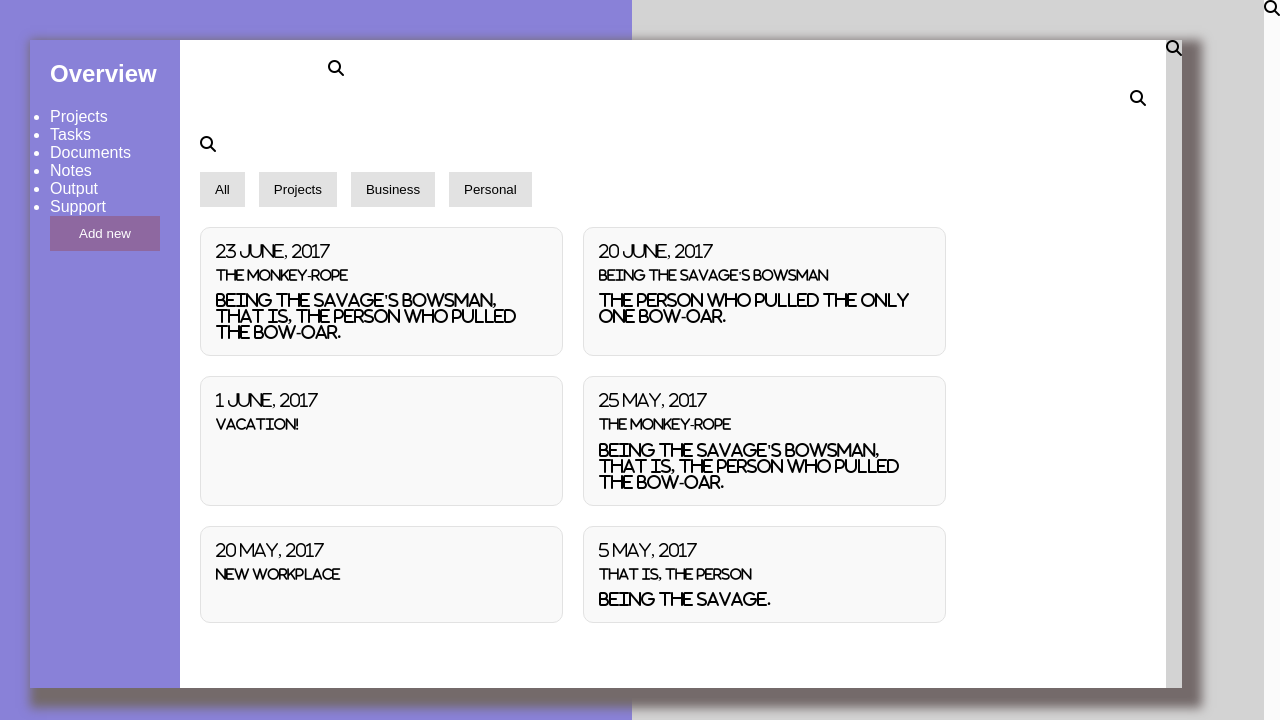
Repository: SatenikGabrielyan/HTML_CSS-_Assignment
Page: index.html
An editor plug-in stored every save of this project. The page is shown before and after the next save, followed by the edit.
The browser window is 1280 px wide. The pictures show the whole page.
Some web libraries are served in a nearby version.

Above is the page before, as saved 2025-03-17 20:35:19.

### index.html
<!DOCTYPE html>
<html lang="en">
  <head>
    <meta charset="UTF-8" />
    <meta name="viewport" content="width=device-width, initial-scale=1.0" />
    <title>Notes App</title>
    <link rel="stylesheet" href="./style.css" />
    <!-- Include Font Awesome for icons -->
    <!-- <link href="https://cdnjs.cloudflare.com/ajax/libs/font-awesome/6.0.0-beta3/css/all.min.css" rel="stylesheet"/> -->
    <script src="https://kit.fontawesome.com/858d305f19.js" crossorigin="anonymous"></script>
</head>
  <body>

      <div class="cont">
          <div class="purp"></div>
          <div class="whit"></div>
      </div>
    <div class="container">
<!--
      <nav class="sidebar">
        <div class="sidebar-header">
          <h2>Notes</h2>
        </div>
        <ul class="sidebar-list">
          <li><i class="fas fa-home"></i> Home</li>
          <li><i class="fas fa-search"></i> Search</li>
          <li><i class="fas fa-bell"></i> Notifications</li>
        </ul>
      </nav>

      <main class="main-content">
        <header>
          <div class="header-left">
            <p>Hello, Peter!</p>
          </div>
          <div class="header-right">
            <i class="fas fa-bell"></i>
            <button class="add-note-btn">
              <i class="fas fa-plus"></i> Add New Note
            </button>
          </div>
        </header>
        <section class="notes-grid">

          <div class="note-item image-note">
            <img src="https://via.placeholder.com/150" alt="Note Image" />
          </div>

          <div class="note-item text-note">
            <p>Sample text note content...</p>
          </div>

          <div class="note-item mixed-note">
            <img src="https://via.placeholder.com/150" alt="Note Image" />
            <p>Sample mixed note content...</p>
          </div>
        </section>
      </main> -->
      <aside class="sidebar">
        <header>
            <h2>Overview</h2>
        </header>
        <nav>
            <ul>
                <li>Projects</li>
                <li>Tasks</li>
                <li>Documents</li>
                <li>Notes</li>
                <li>Output</li>
                <li>Support</li>
            </ul>
        </nav>
        <button class="add-new">Add new</button>
    </aside>

    <main class="main-content">
       <div class="header">
        <ul class="sidebar-list">
            <li class="about"><a href="#search"><i class="fas fa-search"> Search</a></li>
            <li class="about" style="float:right"><a class="active" href="#about">Hello, Peter!</a></li>
            </ul>
            <!-- <input type="text" placeholder="Search"><i class="fas fa-search"></i>
            <h3>Hello, Peter!</h3> -->
    </div>
         <!-- <nav class="sidebar">
             <div class="sidebar-header">
              <h2>Notes</h2>
            </div>
            <ul class="sidebar-list">
            <li class="about"><a href="#search"><i class="fas fa-search"> Search</a></li>
            <li class="about" style="float:right"><a class="active" href="#about">Hello, Peter!</a></li>
            </ul>
          </nav>  -->

        <div class="tabs">
            <button>All</button>
            <button>Projects</button>
            <button>Business</button>
            <button>Personal</button>
        </div>
        <div class="notes-grid">
            <div class="note-card">
                <h4>23 June, 2017</h4>
                <h5>The monkey-rope</h5>
                <p>Being the savage's bowsman, that is, the person who pulled the bow-oar.</p>
            </div>
            <div class="note-card">
                <h4>20 June, 2017</h4>
                <h5>Being the savage's bowsman</h5>
                <p>The person who pulled the only one bow-oar.</p>
            </div>
            <div class="note-card">
                <h4>1 June, 2017</h4>
                <h5>Vacation!</h5>
            </div>
            <div class="note-card">
                <h4>25 May, 2017</h4>
                <h5>The monkey-rope</h5>
                <p>Being the savage's bowsman, that is, the person who pulled the bow-oar.</p>
            </div>
            <div class="note-card">
                <h4>20 May, 2017</h4>
                <h5>New workplace</h5>
            </div>
            <div class="note-card">
                <h4>5 May, 2017</h4>
                <h5>That is, the person</h5>
                <p>Being the savage.</p>
            </div>
        </div>
    </main>
    </div>

  </body>
</html>

### style.css
/* CSS Variables for Colors */
:root {
    --bg-color: #fbfbfb;
    --primary-color: #8981d8;
    --secondary-color: #d0d0d0;
    --text-color: #858499;
    --highlight-color: #7f77cc;
    --hover-color: rgba(137, 129, 216, 0.5);
  }


  * {
    margin: 0;
    padding: 0;
    box-sizing: border-box;
  }

  body {
    font-family: Arial, sans-serif;
    background-color: var(--bg-color);
    display: flex;
    height: 100vh;
  }
  .wrapper{
    position: relative;
  }
  .cont{
      display: flex;
      width: 100%;
      position: relative;
      z-index: -1;
      border-radius: 10px;
  }
.purp {
    width: 50%;
    background-color: var(--primary-color);
    flex-direction: row;
}
.whit {
    width: 50%;
    background-color: lightgray;
    flex-direction: row;
}
  .container {
    display: flex;
    width: 90%;
    height: 90%;

    box-shadow: 10px 10px 10px 10px rgb(116, 106, 106);
    margin-left: 30px;
    margin-right: 30px;
    margin-top: 40px;
    margin-bottom: 80px;
    background: center;
    position: absolute;
    z-index: 2;
  }

   .sidebar {
    width: 150px;
    background-color: var(--primary-color);
    color: #fff;
    display: flex;
    flex-direction: column;
    padding: 20px;
  }

  .main-content li {
    float: left;
  }

  .main-content li a {
    display: block;
    color: white;
    text-align: center;
    padding: 14px 16px;
    text-decoration: none;
  }

  .main-content li a:hover:not(.active) {
    background-color: #111;
  }

  .sidebar-header h2 {
    margin-bottom: 20px;
  }

  .sidebar-list {
    list-style: none;
  }

  .sidebar-list li {
    margin: 15px 0;
    display: flex;
    align-items: center;
    cursor: pointer;
  }

  .sidebar-list li i {
    margin-right: 10px;
  }

  .main-content {
    background-color: white;
    width: 200px;
    flex-grow: 1;
    padding: 20px;
    overflow-y: auto;
  }

   header {
    display: flex;
    justify-content: space-between;
    align-items: center;
    margin-bottom: 20px;
  }
  /*
  .header-left p {
    font-size: 1.2em;
    color: var(--text-color);
  }

  .header-right {
    display: flex;
    align-items: center;
  }

  .header-right i {
    margin-right: 20px;
    cursor: pointer;
  }

  .add-note-btn {
    background-color: var(--primary-color);
    color: #fff;
    border: none;
    padding: 10px 20px;
    cursor: pointer;
    display: flex;
    align-items: center;
  }

  .add-note-btn i {
    margin-right: 10px;
  }


  .notes-grid {
    display: grid;
    grid-template-columns: repeat(auto-fill, minmax(300px, 1fr));
    gap: 20px;
  }

  .note-item {
    background-color: #fff;
    border-radius: 8px;
    box-shadow: 0 2px 4px rgba(0, 0, 0, 0.1);
    overflow: hidden;
    display: flex;
    flex-direction: column;
    padding: 20px;
  }

  .note-item img {
    width: 100%;
    height: auto;
    border-radius: 8px;
    margin-bottom: 15px;
  }

  .note-item p {
    color: var(--text-color);
    font-size: 1em;
    line-height: 1.5;
  }


  .sidebar-list li:hover {
    background-color: var(--highlight-color);
    transition: background-color 0.3s ease;
  }


  @media (max-width: 768px) {
    .container {
      flex-direction: column;
    }

    .sidebar {
      width: 100%;
      flex-direction: row;
      justify-content: space-around;
      padding: 10px;
    }

    .sidebar-list {
      display: flex;
      flex-direction: row;
      gap: 15px;
    }

    .sidebar-list li {
      margin: 0;
    }

    .main-content {
      padding: 10px;
    }

    header {
      flex-direction: column;
      align-items: flex-start;
    }

    .header-right {
      margin-top: 10px;
    }

    .notes-grid {
      grid-template-columns: 1fr;
    }

    .note-item {
      padding: 10px;
    }

    .note-item img {
      margin-bottom: 10px;
    }
  } */
  /* .sidebar {
    background-color: #5e4b9a;
    color: white;
    width: 300px;
    padding: 20px;
} */

/* .sidebar header {
    font-size: 24px;
}

.sidebar nav ul {
    list-style: none;
    padding: 0;
}

.sidebar nav ul li {
    margin: 15px 0;
} */

.add-new {
    background-color: #8e68a0;
    color: white;
    border: none;
    padding: 10px;
    cursor: pointer;
}

.main-content {
    flex: 1;
    padding: 20px;
    background-color: white;
}

.header {
    display: flex;
    justify-content: space-between;
    align-items: center;
}

.header input {
    padding: 10px;
    width: 70%;
}

.header h3 {
    margin: 0;
}

.tabs {
    margin: 20px 0;
}

.tabs button {
    margin-right: 10px;
    padding: 10px 15px;
    border: none;
    background-color: #e2e2e2;
    cursor: pointer;
}

.notes-grid {
    display: grid;
    grid-template-columns: repeat(auto-fill, minmax(240px, 1fr));
    gap: 20px;
}

.note-card {
    border: 1px solid #e2e2e2;
    border-radius: 10px;
    padding: 15px;
    background-color: #f9f9f9;
}

.note-card h4 {
    margin: 0;
    font-weight: normal;
}

.note-card h5 {
    margin: 10px 0;
}

After the next save:
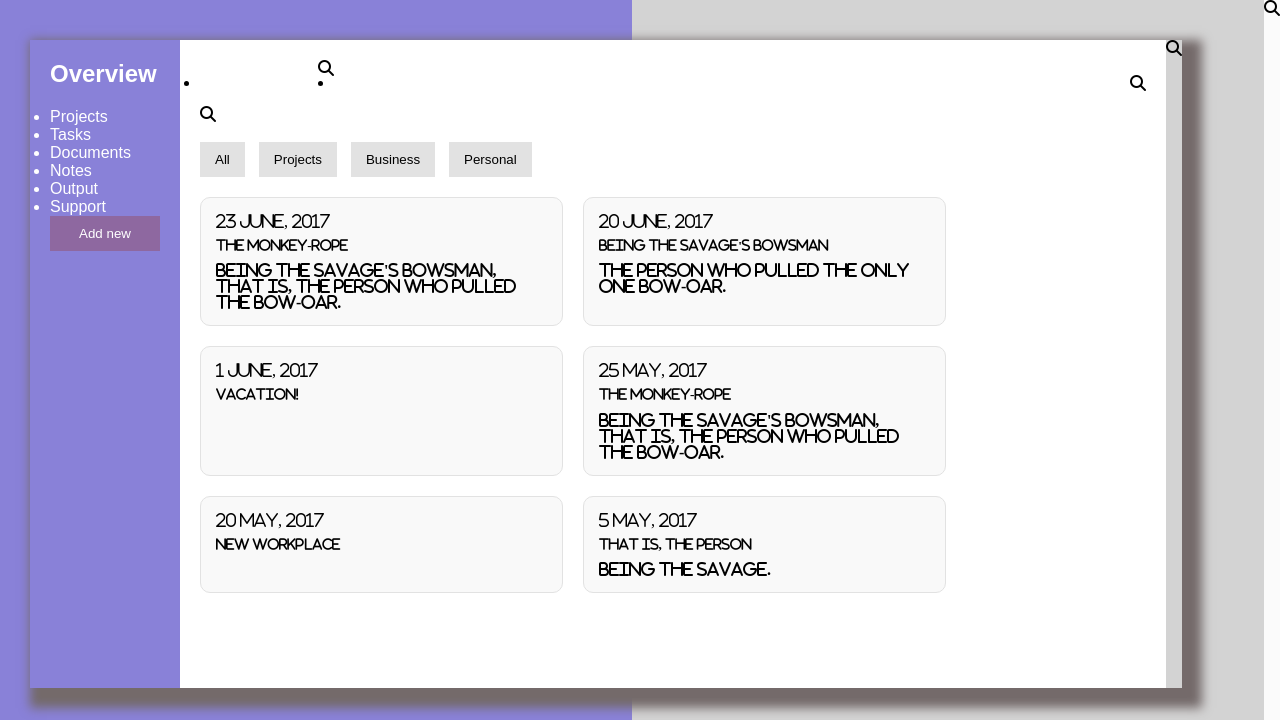
Saved 27 s later.
--- a/index.html
+++ b/index.html
@@ -75,7 +75,7 @@
 
     <main class="main-content">
        <div class="header">
-        <ul class="sidebar-list">
+        <ul >
             <li class="about"><a href="#search"><i class="fas fa-search"> Search</a></li>
             <li class="about" style="float:right"><a class="active" href="#about">Hello, Peter!</a></li>
             </ul>
